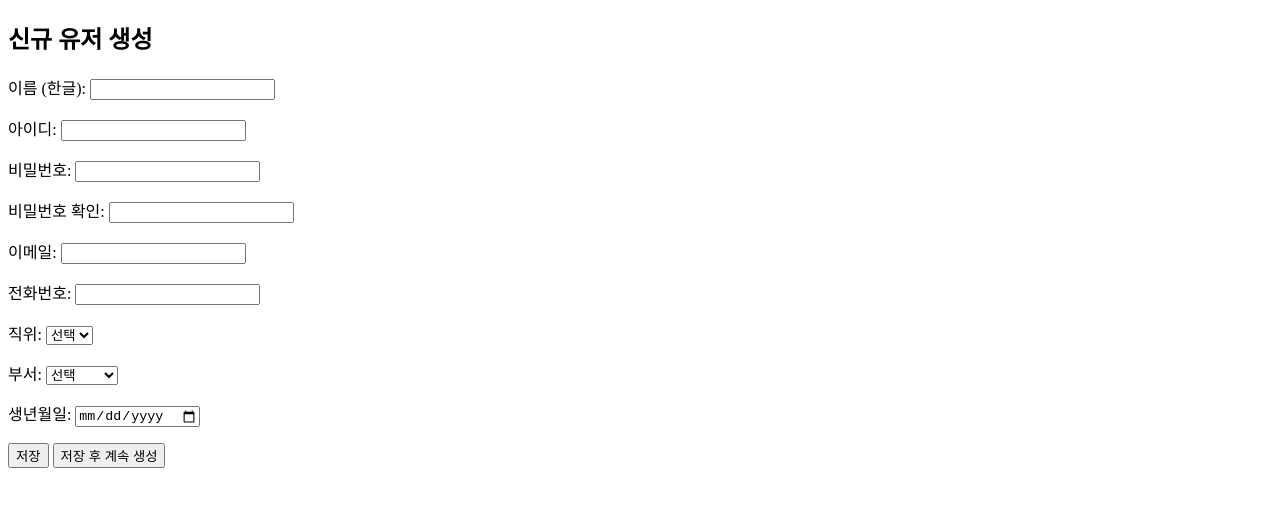
Repository: devgolol/Flow
Page: http://localhost/coretime/WEB-INF/views/userForm.jsp
These files come from the project's save history. The page is drawn as it stood at one moment and after the next save; the edit follows.
The browser window is 1280 px wide. The pictures show the whole page.
The page is served by Tomcat 9. Nobody is signed in. Other server files are loaded and not shown. The template is opened directly, without the code that normally fills it, so the values that code supplies are empty.

Above is the page before, as saved 2025-07-01 02:58:18.

### coretime/src/main/webapp/WEB-INF/views/userForm.jsp
<%@ page language="java" contentType="text/html; charset=UTF-8"
	pageEncoding="UTF-8"%>
<%@ taglib uri="http://www.springframework.org/tags/form" prefix="form"%>
<!DOCTYPE html>
<html>
<head>
<meta charset="UTF-8">
<title>Insert title here</title>
<style>
	/* 에러 메시지 스타일 */
	.error-message {
	    color: red;
	    font-size: 0.9em;
	    margin-left: 5px;
	    display: none; /* 기본적으로 숨김 */
	}
</style>
<script>
	function validateForm(event) {
	    let isValid = true; // 폼 전체의 유효성 상태

	    // 모든 에러 메시지 초기화 (새로운 제출 시 이전 에러 숨기기)
	    document.querySelectorAll('.error-message').forEach(span => {
	        span.style.display = 'none';
	        span.textContent = ''; // 텍스트도 비워줍니다.
	    });

	    // --- 개별 필드 유효성 검사 ---

	    // 이름 (한글)
	    const nameInput = document.getElementById("name");
	    const nameError = document.getElementById("nameError");
	    if (nameInput.value.trim() === "") {
	        nameError.style.display = "inline";
	        nameError.textContent = "이름을 입력해주세요.";
	        nameInput.focus();
	        isValid = false;
	    }

	    // 아이디
	    const idInput = document.getElementById("id");
	    const idError = document.getElementById("idError"); // 기존 idErrorSpan 대신 명확한 변수명
	    if (idInput.value.trim() === "") {
	        idError.style.display = "inline";
	        idError.textContent = "아이디를 입력해주세요.";
	        idInput.focus();
	        isValid = false;
	    }
	    // 백엔드에서 온 중복 ID 메시지는 window.onload에서 처리되므로 여기선 초기화만 합니다.

	    // 비밀번호
	    const passwordInput = document.getElementById("password");
	    const passwordError = document.getElementById("passwordError");
	    if (passwordInput.value.trim() === "") {
	        passwordError.style.display = "inline";
	        passwordError.textContent = "비밀번호를 입력해주세요.";
	        passwordInput.focus();
	        isValid = false;
	    }

	    // 비밀번호 확인
	    const confirmPasswordInput = document.getElementById("confirmPassword");
	    const confirmPasswordError = document.getElementById("confirmPasswordError");
	    if (confirmPasswordInput.value.trim() === "") {
	        confirmPasswordError.style.display = "inline";
	        confirmPasswordError.textContent = "비밀번호 확인을 입력해주세요.";
	        confirmPasswordInput.focus();
	        isValid = false;
	    } else if (passwordInput.value !== confirmPasswordInput.value) {
	        confirmPasswordError.style.display = "inline";
	        confirmPasswordError.textContent = "비밀번호가 일치하지 않습니다.";
	        confirmPasswordInput.focus();
	        isValid = false;
	    }

	    // 이메일
	    const emailInput = document.getElementById("email");
	    const emailError = document.getElementById("emailError");
	    if (emailInput.value.trim() === "") {
	        emailError.style.display = "inline";
	        emailError.textContent = "이메일을 입력해주세요.";
	        emailInput.focus();
	        isValid = false;
	    } else if (!/^[^\s@]+@[^\s@]+\.[^\s@]+$/.test(emailInput.value)) { // 간단한 이메일 형식 검사
	        emailError.style.display = "inline";
	        emailError.textContent = "유효한 이메일 형식을 입력해주세요.";
	        emailInput.focus();
	        isValid = false;
	    }

	    // 전화번호
	    const telInput = document.getElementById("tel");
	    const telError = document.getElementById("telError");
	    if (telInput.value.trim() === "") {
	        telError.style.display = "inline";
	        telError.textContent = "전화번호를 입력해주세요.";
	        telInput.focus();
	        isValid = false;
	    } else if (!/^(01[016789])-([0-9]{3,4})-([0-9]{4})$/.test(telInput.value)) { // 전화번호 형식 검사
	        telError.style.display = "inline";
	        telError.textContent = "유효한 전화번호 형식을 입력해주세요 (예: 010-1234-5678).";
	        telInput.focus();
	        isValid = false;
	    }

	    // 직위
	    const rankSelect = document.getElementById("rankSelect");
	    const rankError = document.getElementById("rankError");
	    if (rankSelect.value === "") {
	        rankError.style.display = "inline";
	        rankError.textContent = "직위를 선택해주세요.";
	        rankSelect.focus();
	        isValid = false;
	    } else {
	        rankError.style.display = "none";
	    }

	    // 부서
	    const departmentSelect = document.getElementById("departmentSelect");
	    const departmentError = document.getElementById("departmentError");
	    if (departmentSelect.value === "") {
	        departmentError.style.display = "inline";
	        departmentError.textContent = "부서를 선택해주세요.";
	        departmentSelect.focus();
	        isValid = false;
	    } else {
	        departmentError.style.display = "none";
	    }

	    // 생년월일 (간단한 필수 여부만)
	    const birthInput = document.getElementById("birth");
	    const birthError = document.getElementById("birthError");
	    if (birthInput.value.trim() === "") {
	        birthError.style.display = "inline";
	        birthError.textContent = "생년월일을 입력해주세요.";
	        birthInput.focus();
	        isValid = false;
	    }


	    if (!isValid) {
	        event.preventDefault(); // 폼 제출을 명확하게 막습니다.
	    }
	    return isValid;  // 모든 검증 통과 여부 반환
	}

	// 직위 에러 메시지 숨김
	function clearRankError() {
	    var rankSelect = document.getElementById("rankSelect");
	    var rankError = document.getElementById("rankError");
	    if (rankSelect.value !== "") {
	        rankError.style.display = "none";
	        rankError.textContent = '';
	    }
	}

	// 부서 에러 메시지 숨김
	function clearDepartmentError() {
	    var departmentSelect = document.getElementById("departmentSelect");
	    var departmentError = document.getElementById("departmentError");
	    if (departmentSelect.value !== "") {
	        departmentError.style.display = "none";
	        departmentError.textContent = '';
	    }
	}

	// 페이지 로드 시 백엔드에서 전달된 ID 오류 메시지 표시 (기존 유지)
	window.onload = function() {
	    var idErrorSpan = document.getElementById("idError");
	    if (idErrorSpan && "${idErrorMessage}" && "${idErrorMessage}" !== "") {
	        idErrorSpan.style.display = "inline";
	        idErrorSpan.textContent = "${idErrorMessage}";
	    } else if (idErrorSpan) {
	        idErrorSpan.style.display = "none";
	    }
	};
</script>
</head>
<body>
<body>
<h2>신규 유저 생성</h2>
<%-- <form:form modelAttribute="user" method="post" action="/users/insert" onsubmit="return validateForm()">
	<p>이름 (한글): <form:input path="name" id="name" value= "박지훈"/></p>
    <p>아이디: <form:input path="id" id="id" value= "flow1"/>
        <span id="idError" style="color: red;">
            ${idErrorMessage}
        </span>
        <form:errors path="id" cssStyle="color: red;"/>
    </p>
    <p>비밀번호: <form:password path="password" value= "1234"/></p>
    <p>비밀번호 확인: <form:password path="confirmPassword" value= "1234"/></p>
    <p>이메일: <form:input path="email" value= "jack981109@naver.com"/></p>
    <p>전화번호: <form:input path="tel" value= "010-6230-1825"/></p>
    <p>직위:
        <form:select path="rank" id="rankSelect" onchange="clearRankError()">
            <form:option value="">선택</form:option>
            <form:option value="사원">사원</form:option>
            <form:option value="대리">대리</form:option>
            <form:option value="과장">과장</form:option>
            <form:option value="차장">차장</form:option>
            <form:option value="부장">부장</form:option>
        </form:select>
        <span id="rankError" style="color: red; display: none;">직위를 선택해주세요.</span>
        <form:errors path="rank" cssStyle="color: red;"/>
    </p>
    <p>부서: <form:input path="department" value= "개발"/></p>
    <p>생년월일: <form:input path="birth" value= "2025-06-30"/></p>

    <p>
        <button type="submit">저장</button>
        <button type="submit" formaction="/users/saveAndContinue">저장 후 계속 생성</button>
    </p>
</form:form> --%>
<form:form modelAttribute="user" method="post" action="/users/insert" onsubmit="return validateForm(event)">
	<p>이름 (한글): <form:input path="name" id="name"/>
        <span id="nameError" class="error-message"></span></p>

    <p>아이디: <form:input path="id" id="id"/>
        <span id="idError" class="error-message"></span>
        <form:errors path="id" cssStyle="color: red;"/> <%-- 서버 측 ID 유효성 에러 (예: @NotBlank) --%>
    </p>
    <p>비밀번호: <form:password path="password" id="password"/>
        <span id="passwordError" class="error-message"></span></p>
    <p>비밀번호 확인: <form:password path="confirmPassword" id="confirmPassword"/>
        <span id="confirmPasswordError" class="error-message"></span></p>
    <p>이메일: <form:input path="email" id="email"/>
        <span id="emailError" class="error-message"></span></p>
    <p>전화번호: <form:input path="tel" id="tel"/>
        <form:errors path="tel" cssClass="error-message"/></p>
    <p>직위:
        <form:select path="rank" id="rankSelect" onchange="clearRankError()">
            <form:option value="">선택</form:option>
            <form:option value="사원">사원</form:option>
            <form:option value="대리">대리</form:option>
            <form:option value="과장">과장</form:option>
            <form:option value="차장">차장</form:option>
            <form:option value="부장">부장</form:option>
        </form:select>
        <span id="rankError" class="error-message"></span>
        <form:errors path="rank" cssStyle="color: red;"/>
    </p>
    <p>부서:
        <form:select path="department" id="departmentSelect" onchange="clearDepartmentError()"> <%-- 부서 select 추가 --%>
            <form:option value="">선택</form:option>
            <form:option value="개발팀">개발팀</form:option>
            <form:option value="영업팀">영업팀</form:option>
            <form:option value="마케팅팀">마케팅팀</form:option>
            <form:option value="인사팀">인사팀</form:option>
            <form:option value="회계팀">회계팀</form:option>
        </form:select>
        <span id="departmentError" class="error-message"></span> <%-- 부서 에러 메시지 스팬 --%>
        <form:errors path="department" cssStyle="color: red;"/>
    </p>
    <p>생년월일: <form:input path="birth" id="birth" type="date"/> <%-- type="date" 추가 --%>
        <span id="birthError" class="error-message"></span></p>

    <p>
        <button type="submit">저장</button>
        <button type="submit" formaction="/users/saveAndContinue">저장 후 계속 생성</button>
    </p>
</form:form>
</body>
</html>

After the next save:
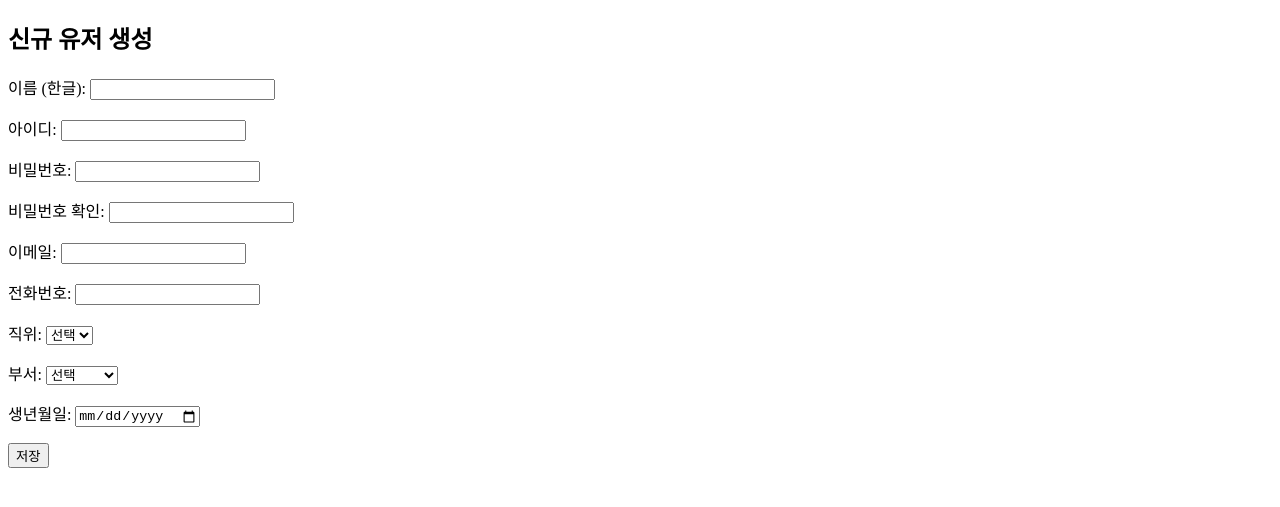
Saved 6 min 15 s later.
--- a/coretime/src/main/webapp/WEB-INF/views/userForm.jsp
+++ b/coretime/src/main/webapp/WEB-INF/views/userForm.jsp
@@ -256,7 +256,6 @@
 
     <p>
         <button type="submit">저장</button>
-        <button type="submit" formaction="/users/saveAndContinue">저장 후 계속 생성</button>
     </p>
 </form:form>
 </body>
